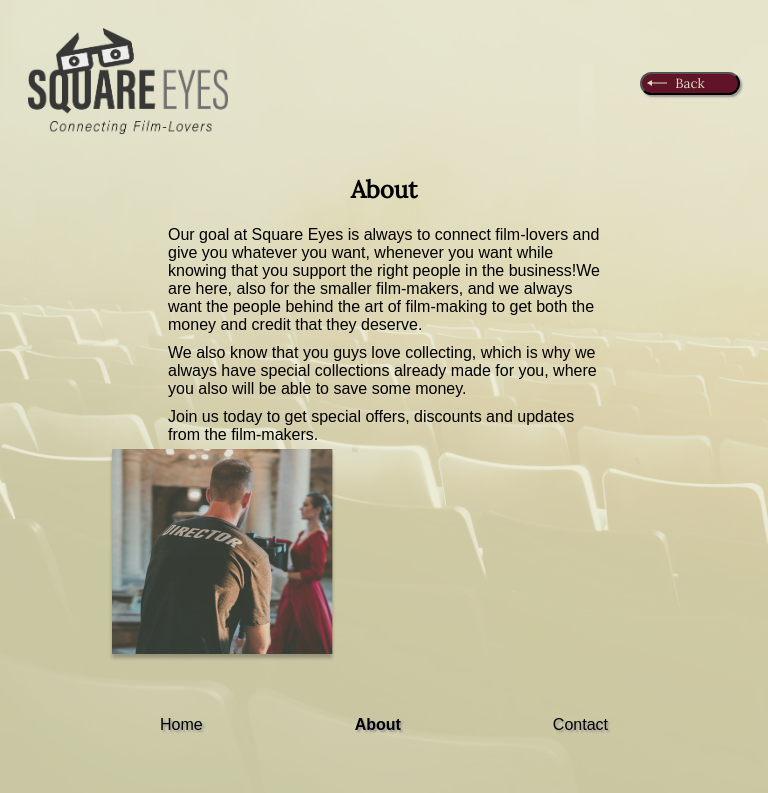
Repository: Noroff-FEU-Assignments/cross-course-project-Bekkholt
Page: about.html
An editor plug-in stored every save of this project. The page is shown before and after the next save, followed by the edit.
The browser window is 768 px wide. The pictures show the whole page.

Above is the page before, as saved 2022-11-07 20:12:51.

### about.html
<!DOCTYPE html>
<html>
  <head>
    <title>Square Eyes | About</title>
    <meta name="description" content="Square Eyes - Connecting film lovers." />
    <meta name="viewport" content="width=device-width, initial-scale=1" />
    <link href="css/index.css" rel="stylesheet">
    <link rel="preconnect" href="https://fonts.googleapis.com">
    <link rel="preconnect" href="https://fonts.gstatic.com" crossorigin>
    <link href="https://fonts.googleapis.com/css2?family=Lora&display=swap" rel="stylesheet">
    <meta name="viewport" content="width=device-width, initial-scale=1">
  </head>
  <body>
    <header>
      <a href="index.html"><img class="logo" src="images/SquareEyes_Logo.png" alt="Square Eyes logo"></a>
      <a href="index.html"><button class="cta back">Back</button></a>
    </header>
    <main>
    <h1>About</h1>
    <p>
        Our goal at Square Eyes is always to connect film-lovers and give you whatever you want, whenever you want while knowing that you support the right people in the business!We are here, also for the smaller film-makers, and we always want the people behind the art of film-making to get both the money and credit that they deserve.
    </p>
    <p>
        We also know that you guys love collecting, which is why we always have special collections already made for you, where you also will be able to save some money.
    </p>
    <p>
        Join us today to get special offers, discounts and updates from the film-makers.
    </p>
    <div class="director_photo">
    <img src="images/Rectangle 48.png" alt="Director filming a scene">
  </div>
  </main>
  <footer>
    <nav>
      <ul>
        <li><a href="index.html">Home</a></li>
        <li><a href="about.html" class="active">About</a></li>
        <li><a href="contact.html">Contact</a></li>
      </ul>
    </nav>
  </footer>
  </body>
</html>

### css/index.css
html {
    background: url(../images/alex-avalos-dnUNjIUCg5c-unsplash.jpg);
    background-size: cover;
    background-repeat: no-repeat;
    background-blend-mode:soft-light;
    background-color: #ddddc5;
    min-height: 100%;
}

h1, h2 {
    font-family: 'Lora', serif;
    font: bold;
    font-size: x-large;
    text-align: center;
    font-weight: bold;
}

p {
    font-family: 'DM Sans', sans-serif;
    color: #000000;
    text-align: left;
    padding: 5px 60px;
}

.index {
    text-shadow: 2px 2px 2px #9c9999;
}

form {
    display: flex;
    flex-direction: column;
    padding: 10px 85px 10px 85px;
}

header {
display: flex;
flex-direction: row;
justify-content: space-between;
align-items: center;
padding: 20px;
}

.genre, .price {
    display: flex;
    flex-direction: row;
    justify-content: space-around;
}

.price {
    padding-top: 0px;
    padding-bottom: 30px;
}

.hobbs, .godzilla, .batman,
.toy-story, .addams, .sweetheart, .hollywood, .scream {
    max-width: 100px;
    margin: 0px;
    box-shadow: 2px 2px 2px #9c9999;
}

.collections {
    display: flex;
    flex-direction: row;
    justify-content: space-around;
}

.cta {
    background-color: #611428;
    color: #ddddc5;
    font-family: 'Lora', serif;
    border-radius: 50px;
    width: 100px;
    text-decoration: none;
    text-align: center;
    box-shadow: 2px 2px 2px #9c9999;
}

.cta_tall {
    padding-top: 10px;
    padding-bottom: 10px;
}

.long {
    align-self: center;
    width: 200px;
    margin: 5px;
}

nav {
    margin-top: 50px;
}

.back {
    background-image: url(../images/Arrow\ 6.png);
    background-repeat: no-repeat;
    background-position: 5px;
}

.logo {
    max-width: 150px;
    padding: 0px;
}

ul a {
    font-family: 'DM Sans', sans-serif;
    color: #000000;
    text-decoration: none;
    text-shadow: 2px 2px 2px #9c9999;
}

ul {
    list-style: none;
    display: flex;
    flex-direction: row;
    justify-content: space-evenly;
    padding: 0%;
}

.active, .bold {
    font-weight: bold;
}

.allproducts {
    display: flex;
    flex-direction: row;
}

.addams__specific {
    max-width: 50%;
    max-height: 50%;
    padding: 95px;
    padding-top: 20px;
    padding-bottom: 20px;
}

.checkmark {
    height: 70px;
}

.checkout_buttons {
    display: flex;
    flex-direction: column;
    align-items: center;
    padding-top: 5px;
}

.items {
    display: flex;
    flex-direction: column;
    align-items: center;
}

.index {
    text-align: left;
    padding-left: 15px;
    margin: 5px 0;
}

.continue {
    text-align: center;
    padding: 0px;
    margin: 20px;
}

.congratulations {
    color: #611428;
    font-size: xx-large;
}

.director_photo {
    padding-left: 50px;
}

input, textarea  {
    margin-bottom: 5px;
    border-radius: 20px;
    background-color: #ddddc5;
    box-shadow: 2px 2px 2px #9c9999;
    border: none;
    height: 25px;
}

.checkout_form {
    margin-bottom: 15px;
}

.contact_form {
    padding: 10px;
}

.contact_form_space {
    margin-bottom: 30px;
}

.message {
    height: 60px;
    padding: 10px;
}

.submit_form_space {
    padding: 10px;
    margin-top: 20px;
    margin-bottom: 60px;
}

.small_form {
    display: flex;
    justify-content: center space-evenly;
    width: 98px;
}

.small_form_left {
    margin-right: 2px;
}

.small_form_right {
    margin-left: 2px;
}

.paypal {
    width: 80px;
    height: 60px;
    border-radius: 90px;
    display: flex;
    align-self: center;
    background-image: url(../images/paypal_button.png);
    background-repeat: no-repeat;
    background-position: 50%;
    box-shadow: 2px 2px 2px #9c9999;
}

.paypal_button {
    /* width: 80px;
    height: 60px; */
    border-radius: 90px;
    display: flex;
    flex-direction: column;
    background-color: #ddddc5;
    align-self: center;
    box-shadow: 2px 2px 2px #9c9999;
    text-decoration: none;
    margin: auto;
    width: fit-content;
    padding: 5px 0;
}

.paypal_button_text {
    text-align: center;
    margin: 0 30px;
    padding: 0;
}

.paypal_button_logo {
    width: 30px;
    align-self: center;
}

.product_text {
    margin-top: 1px;
    margin-bottom: 1px;
}

@media (min-width: 600px) and (max-width: 999px) {

    p {
    margin: 0px 100px;
    }

    .director_photo {
        margin-left: 50px;
    }

    .addams__specific {
        margin: 0px 100px;
    }
/*
    .checkmark {
        padding-left: 400px;
    } */

    .small_form {
        display: flex;
        justify-content: center space-evenly;
        width: 125px;
    }

    .index {
        margin-left: 40px;
    }

    form {
        display: flex;
        flex-direction: column;
        padding: 10px 200px 10px 200px;
    }

    .small_form {
        display: flex;
        justify-content: center space-evenly;
        width: 110px;
    }

    .hobbs, .godzilla, .batman,
    .toy-story, .addams, .sweetheart, .hollywood, .scream {
    max-width: 150px;
    margin: 0px;
    box-shadow: 2px 2px 2px #9c9999;
}

    .logo {
    max-width: 200px;
    padding: 0px;
}

}

@media (min-width: 1000px) {

    p {
    margin: 20px 300px;
    }

    .director_photo {
        display: flex;
        align-content: center;
    }

    .addams__specific {
        margin: 0px 380px;
    }

    .small_form {
        display: flex;
        justify-content: center space-evenly;
        width: 125px;
    }

    .index {
        margin-left: 90px;
    }

    .logo {
        max-width: 250px;
        padding: 0px;
    }

    .hobbs, .godzilla, .batman,
    .toy-story, .addams, .sweetheart, .hollywood, .scream {
    max-width: 200px;
    margin: 0px;
    box-shadow: 2px 2px 2px #9c9999;
}
}

After the next save:
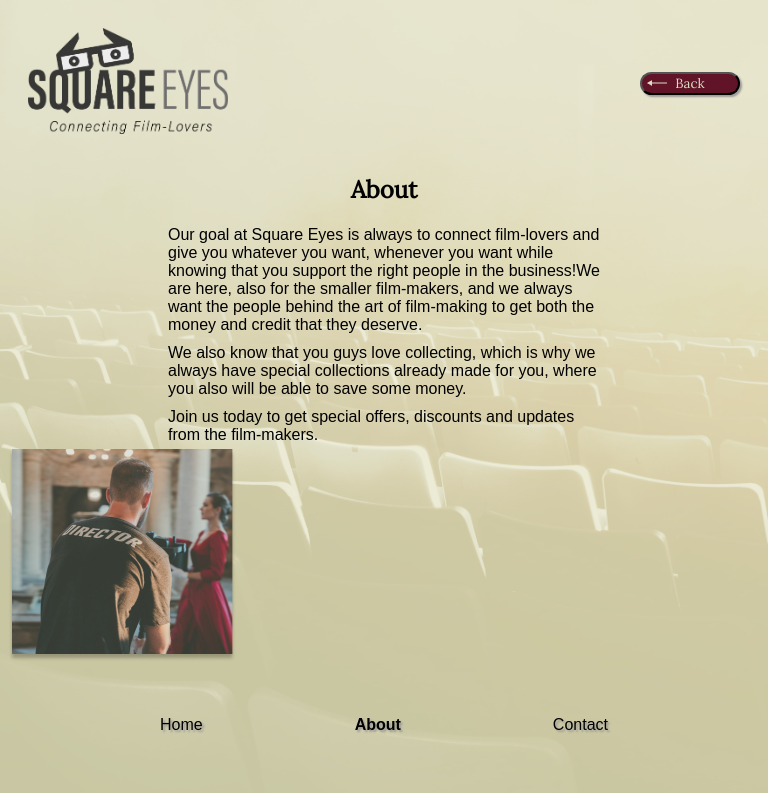
Saved 66 s later.
--- a/css/index.css
+++ b/css/index.css
@@ -168,7 +168,7 @@
 }
 
 .director_photo {
-    padding-left: 50px;
+    /* padding-left: 50px; */
 }
 
 input, textarea  {
@@ -267,7 +267,7 @@
     }
 
     .director_photo {
-        margin-left: 50px;
+        /* margin-left: 50px; */
     }
 
     .addams__specific {
